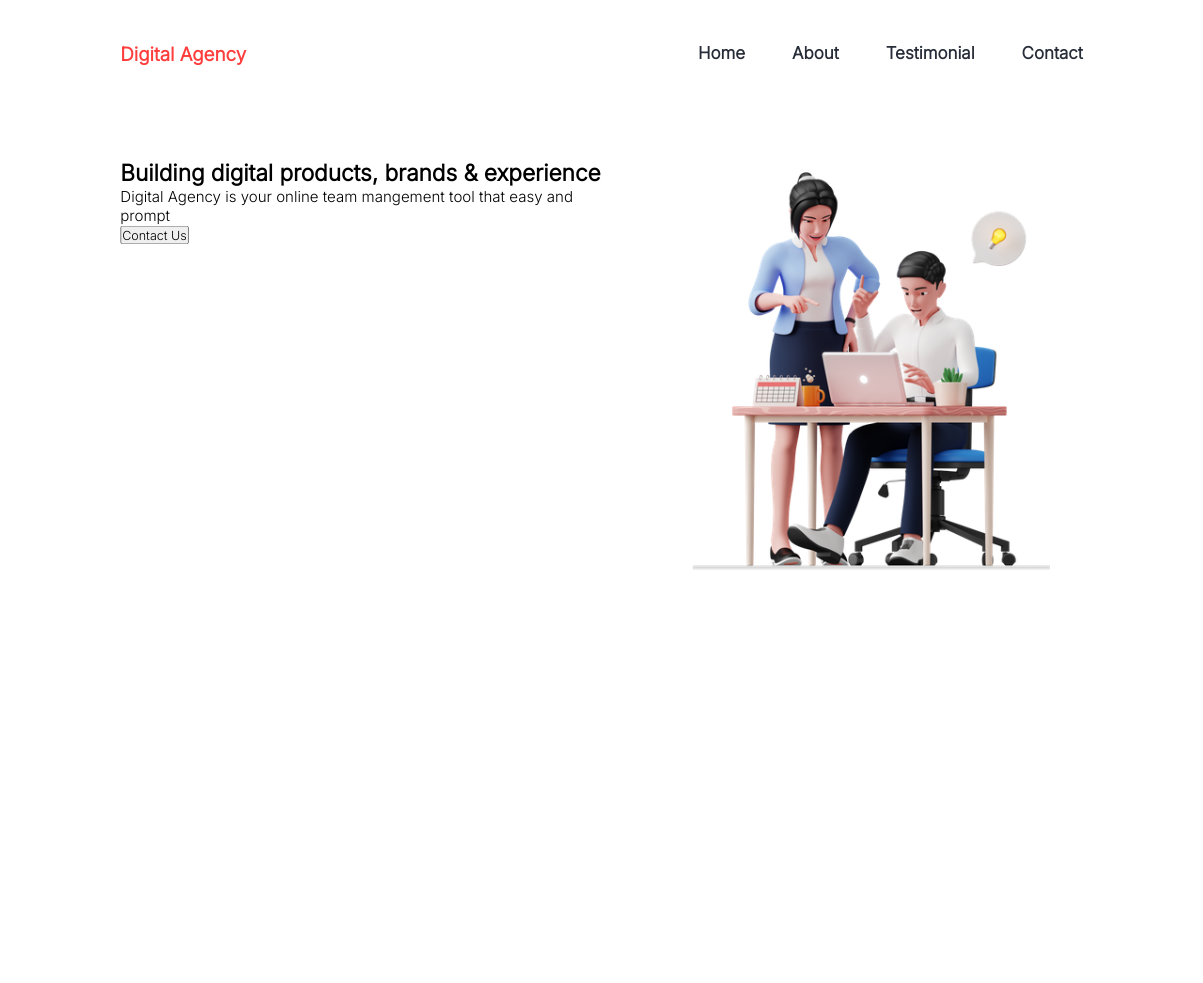
Repository: ThuatDev/fullstack_devc
Page: index.html
The author's editor kept a copy of each file at every save. The page is drawn from the files as they stood at one save, then again after the next save.
The browser window is 1280 px wide. The pictures show the whole page, at 94% of full size.

Above is the page before, as saved 2022-11-09 16:32:43.

After the next save:
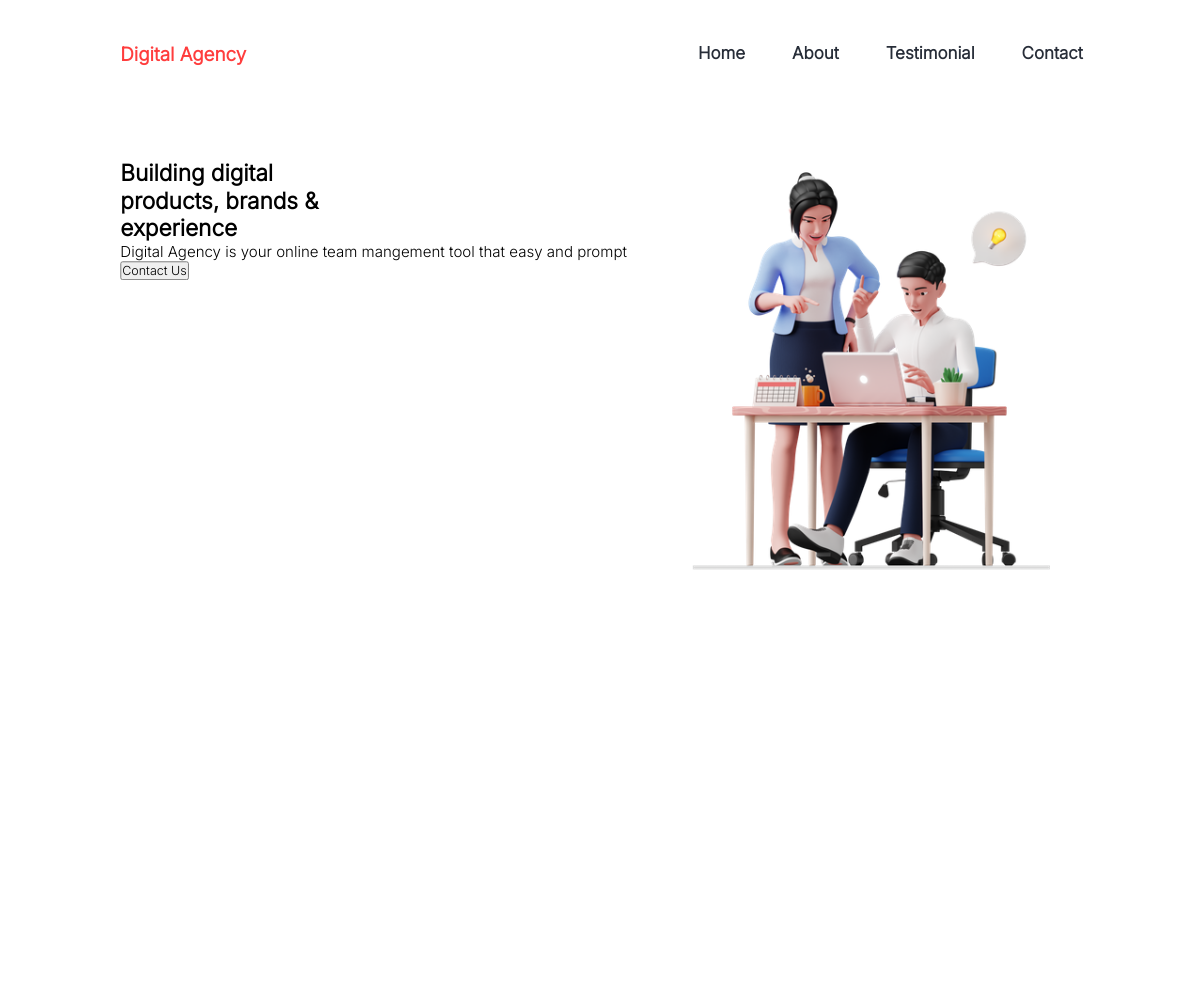
Saved 10 s later.
--- a/index.css
+++ b/index.css
@@ -47,6 +47,6 @@
   justify-content: space-between;
   margin-top: 100px;
 }
-.h-section .h-section__left {
+.h-section .h-section__left h2 {
   width: 50%;
 }
